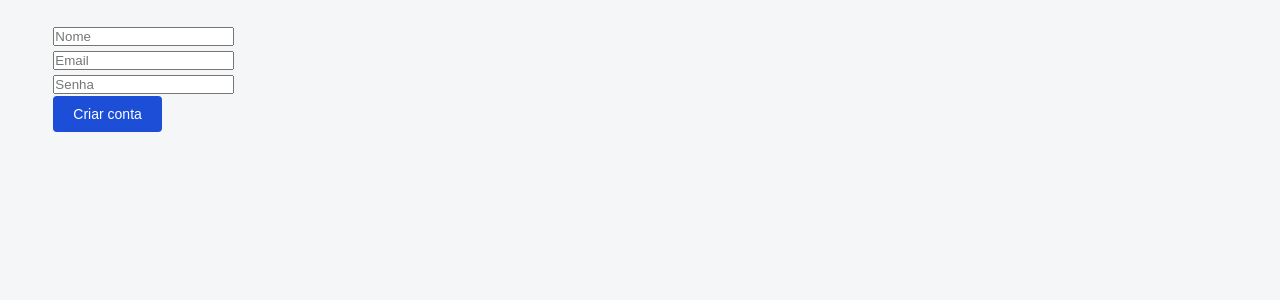
Repository: juvencio009/infratech-web
Page: register.html
An editor plug-in stored every save of this project. The page is shown before and after the next save, followed by the edit.
The browser window is 1280 px wide. The pictures show the whole page.

Above is the page before, as saved 2025-12-18 14:56:38.

After the next save:
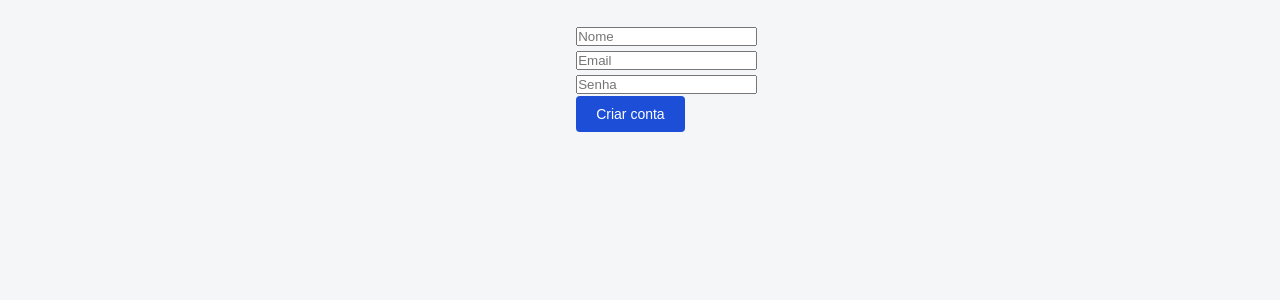
Saved 5 s later.
--- a/register.html
+++ b/register.html
@@ -8,7 +8,7 @@
 </head>
 <body style="display: flex;
 align-items: center;
-justify-content: color: ;;">
+justify-content: center;">
     <form id="registerForm" >
         <pre>
             <input type="text" id="name" placeholder="Nome" required />
